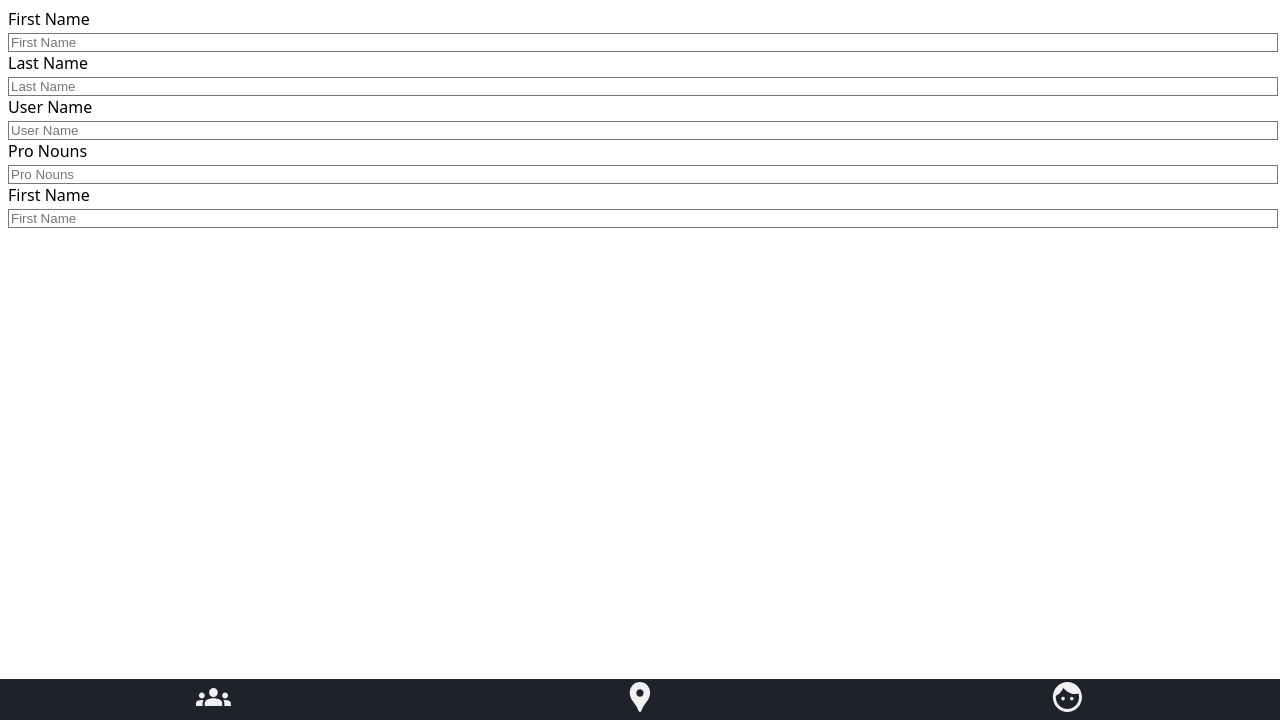
Repository: amolwalia/LocaLens-App
Page: /profile
These files come from the project's save history. The page is drawn as it stood at one moment and after a run of saves; the edit follows.
The browser window is 1280 px wide. The pictures show the whole page.
The project was rebuilt for these pictures with package versions that can differ from the ones it lists, and the page was loaded fresh each time. The framework's server and built-in components were replaced by stand-ins that run in the browser. Also part of the build but not shown: next.config.mjs.

Above is the page before, as saved 2025-05-22 21:29:52.

After the next 3 saves:
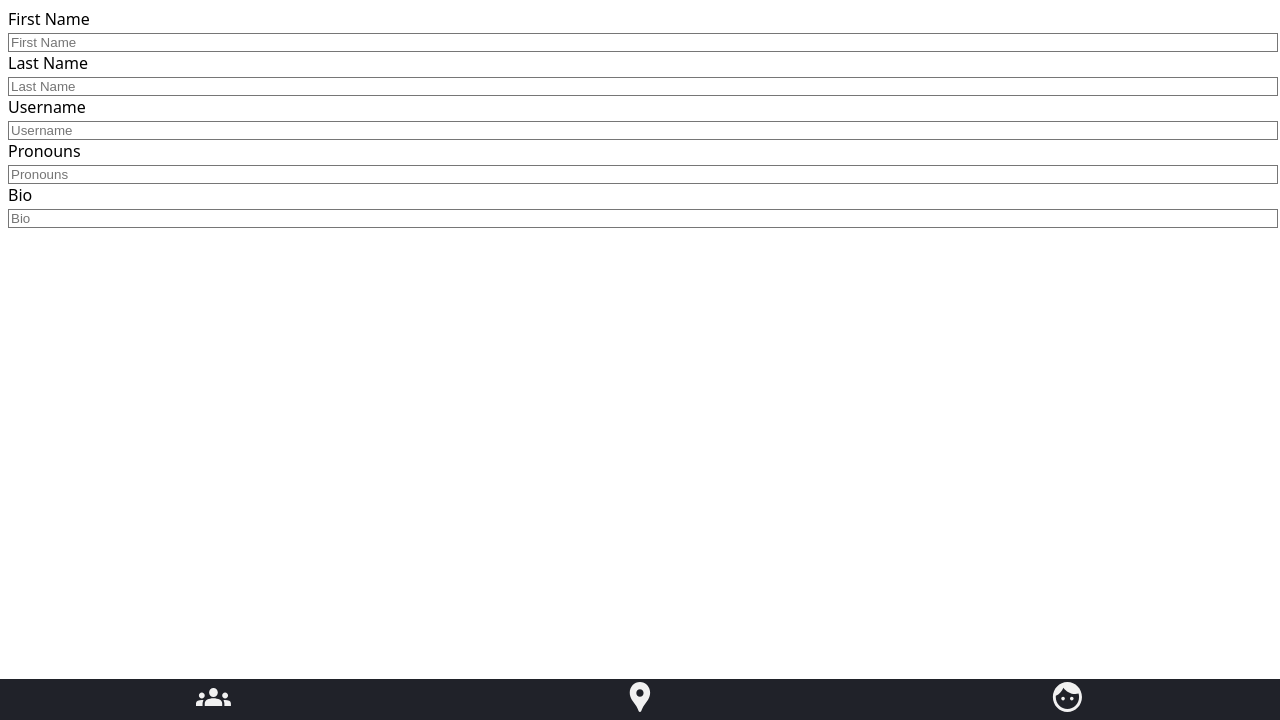
The 3 saves are shown as one change because they came seconds apart.
The last was saved 11 s later.
--- a/app/profile/page.jsx
+++ b/app/profile/page.jsx
@@ -19,9 +19,9 @@ export default function ProfilePage() {
       <NavBar />
       <Input label="First Name" id="firstName" type="text" />
       <Input label="Last Name" id="lastName" type="text" />
-      <Input label="User Name" id="userName" type="text" />
-      <Input label="Pro Nouns" id="proNouns" type="text" />
-      <Input label="First Name" id="firstName" type="text" />
+      <Input label="Username" id="userName" type="text" />
+      <Input label="Pronouns" id="proNouns" type="text" />
+      <Input label="Bio" id="firstName" type="text" />
     </div>
   );
 }
